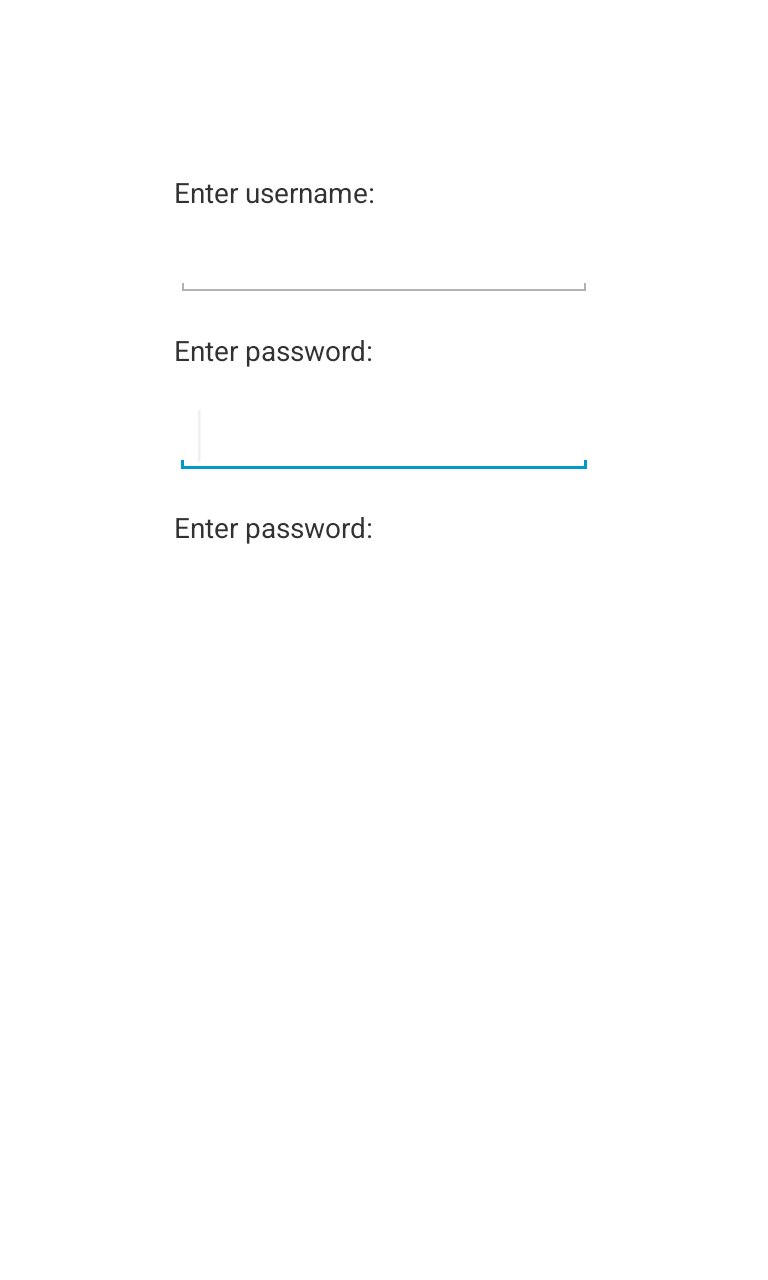
Repository: Codlex/JSMS
Layout: AndroidClient/res/layout/register_layout.xml
An editor plug-in stored every save of this project. The layout is shown before and after the next save, followed by the edit.
It is drawn on a 768 x 1280 px phone screen (xhdpi) without system bars, with theme AppTheme; the app's code is not run.

Above is the layout before, as saved 2013-01-04 15:01:59.

After the next save:
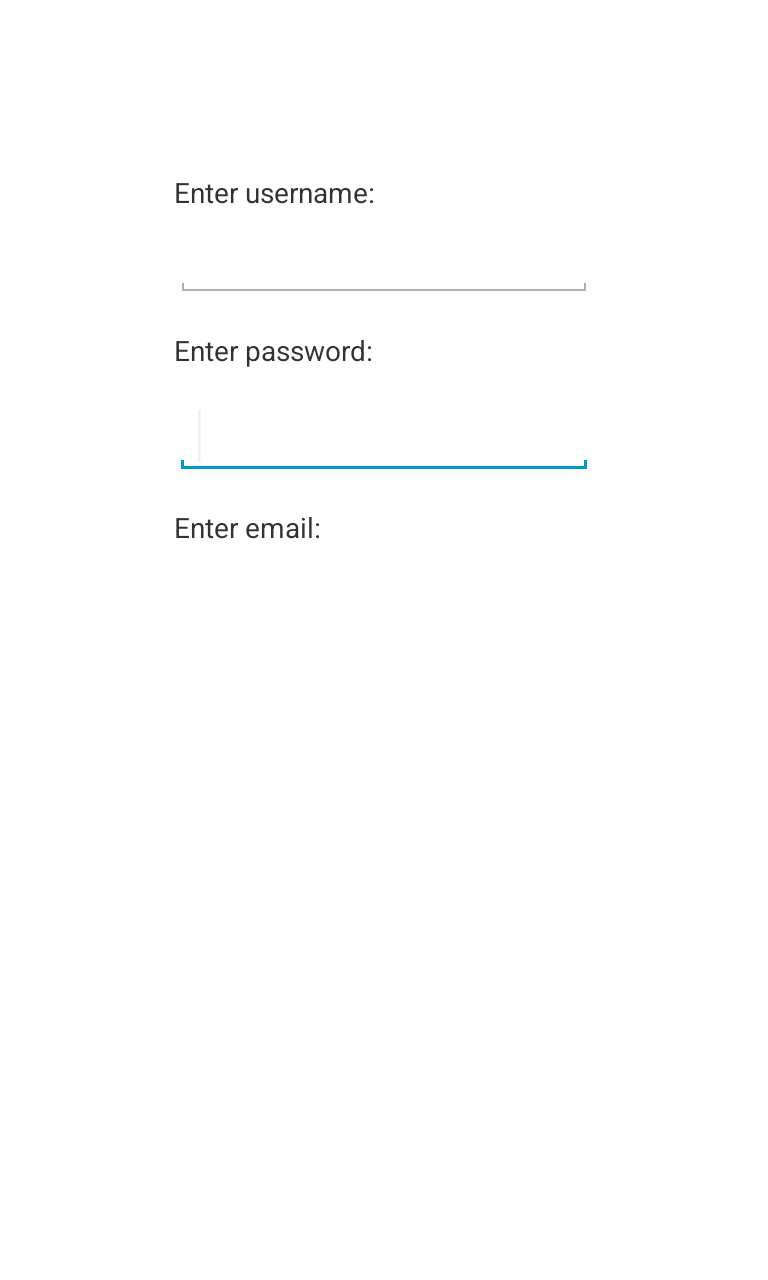
Saved 5 s later.
--- a/AndroidClient/res/layout/register_layout.xml
+++ b/AndroidClient/res/layout/register_layout.xml
@@ -54,6 +54,6 @@
         android:layout_alignLeft="@+id/password"
         android:layout_below="@+id/password"
         android:layout_marginTop="16dp"
-        android:text="@string/password" />
+        android:text="@string/email" />
 
 </RelativeLayout>
